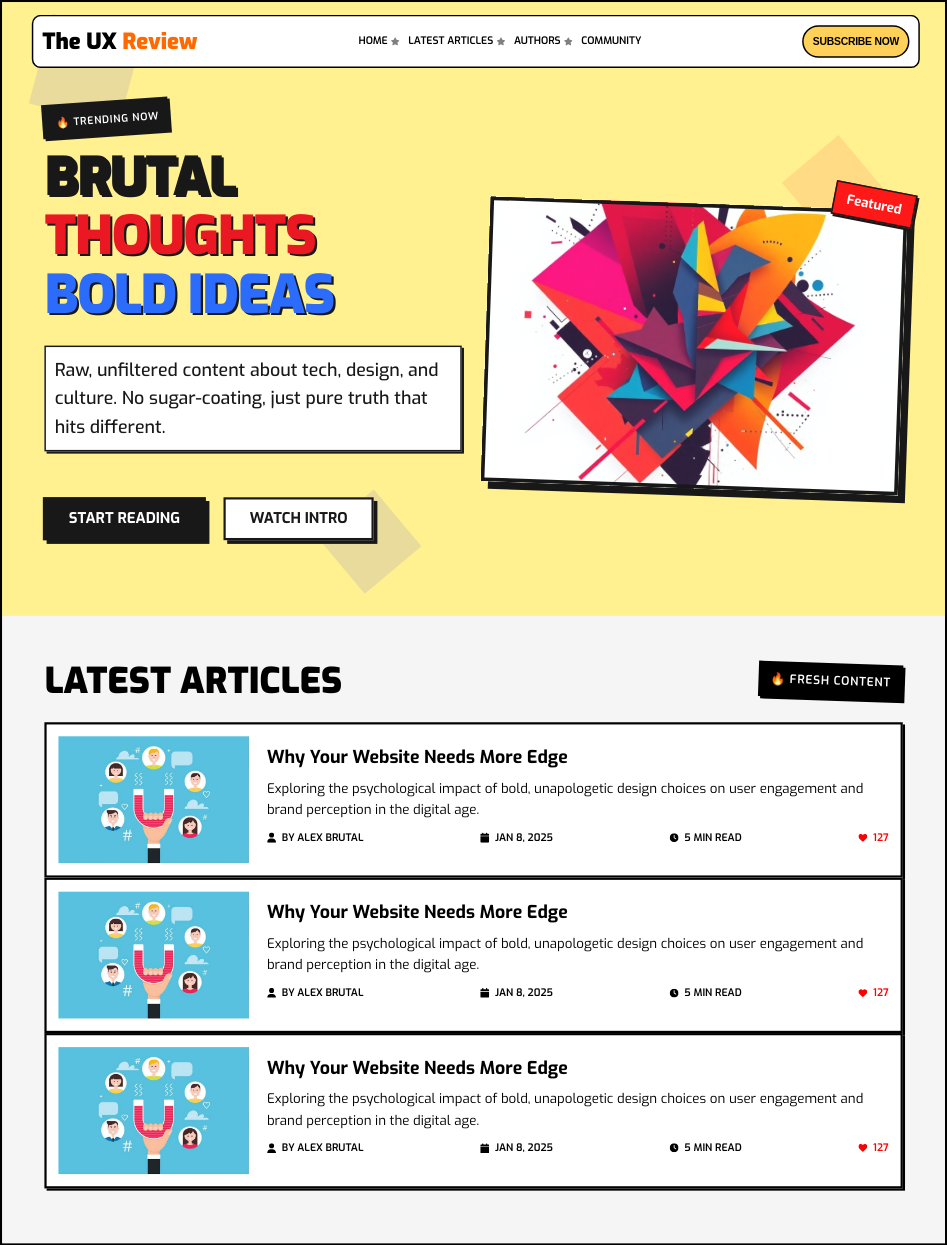
Repository: abdobadawi-ops/Route-Academy-Assignments
Page: Fourth Assignment - the-ux-review-blog/test.html
The author's editor kept a copy of each file at every save. The page is drawn from the files as they stood at one save, then again after the next save.
The browser window is 1280 px wide. The pictures show the whole page, at 74% of full size.

Above is the page before, as saved 2026-05-13 02:01:21.

After the next save:
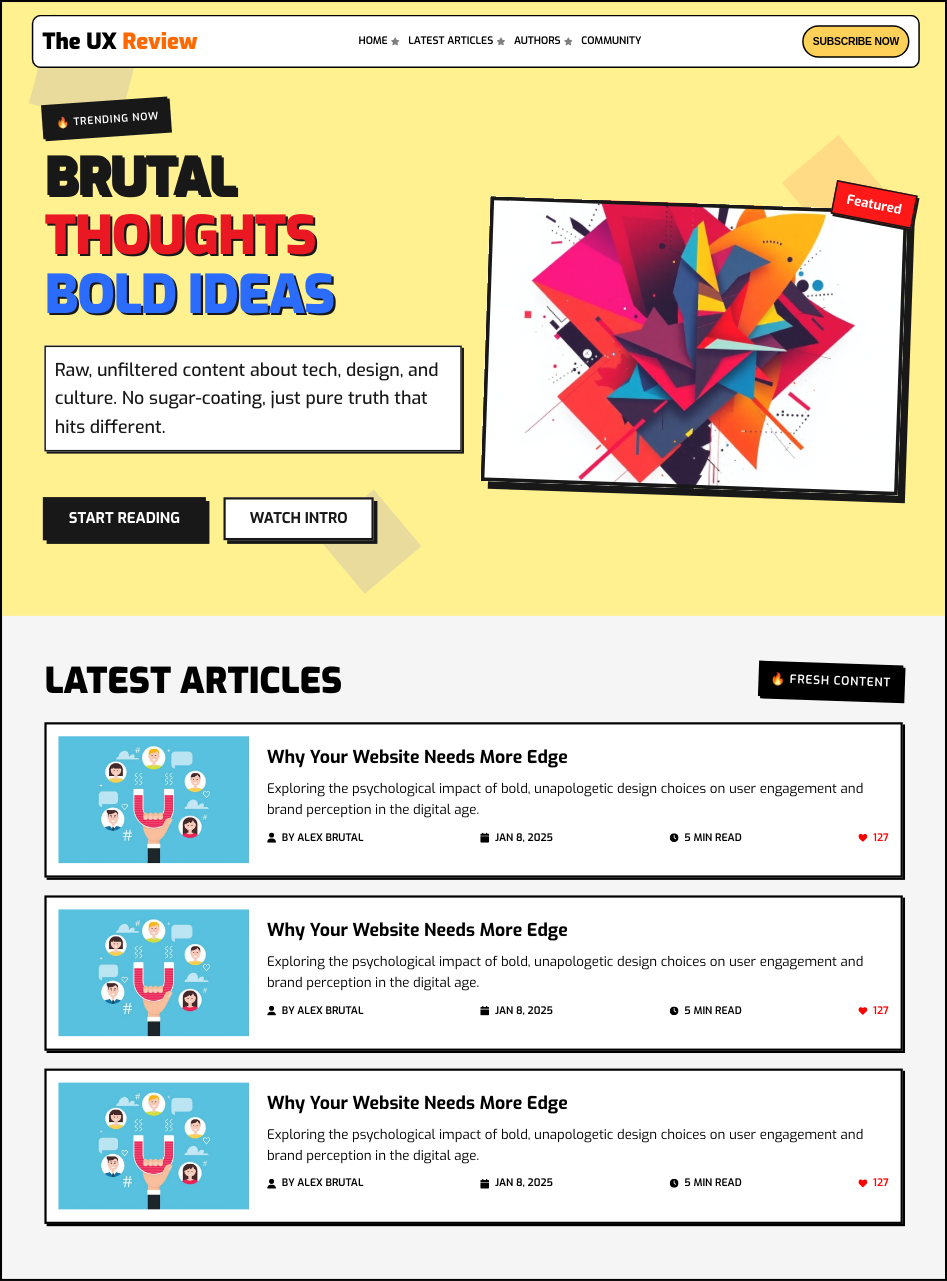
Saved 41 s later.
--- a/Fourth Assignment - the-ux-review-blog/test.css
+++ b/Fourth Assignment - the-ux-review-blog/test.css
@@ -339,6 +339,12 @@ img {
   grid-template-columns: 1fr;
 }
 
+.articles__cards {
+  display: flex;
+  flex-direction: column;
+  gap: 2.4rem;
+}
+
 .articles__header {
   display: flex;
   justify-content: space-between;
